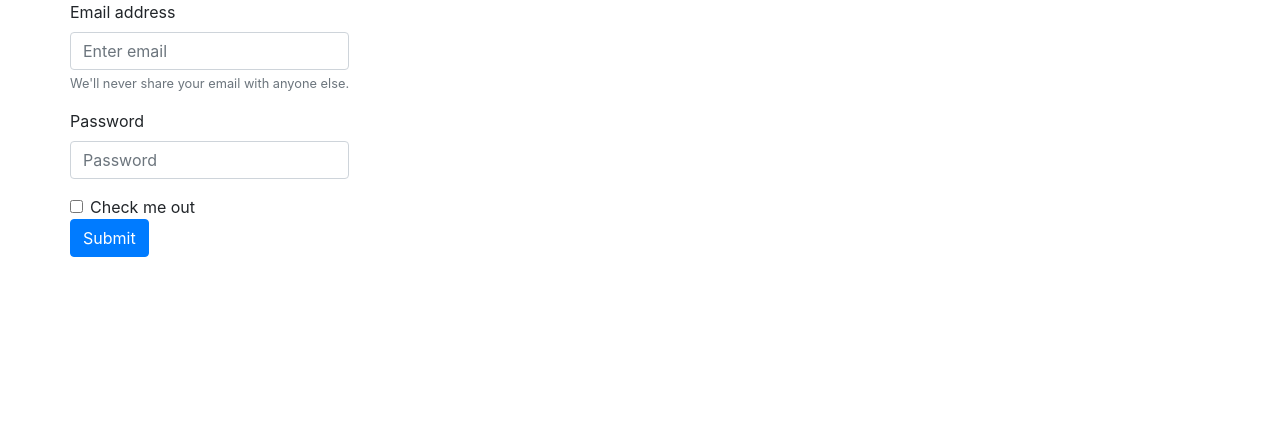
Repository: MacCampers/java-stuff
Page: http://localhost/ProjetResto/
An editor plug-in stored every save of this project. The page is shown before and after the next save, followed by the edit.
The browser window is 1280 px wide. The pictures show the whole page.
The page is served by Tomcat 9. Nobody is signed in. The application's start-up code is not run.

Above is the page before, as saved 2020-02-14 13:58:15.

After the next save:
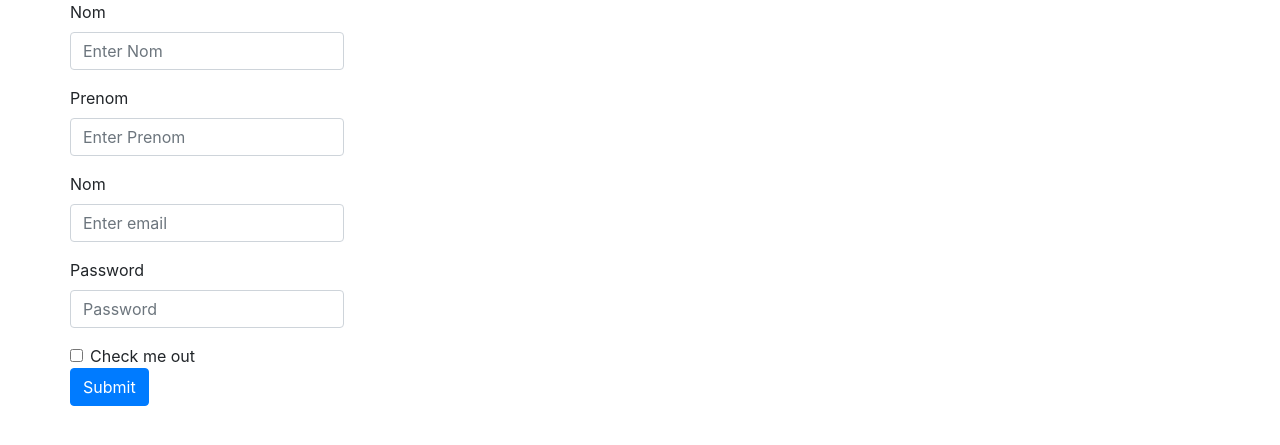
Saved 97 s later.
--- a/workspaceJSP/ProjetResto/src/main/webapp/index.jsp
+++ b/workspaceJSP/ProjetResto/src/main/webapp/index.jsp
@@ -18,11 +18,19 @@
 		<div class="row">
 			<form>
 				<div class="form-group">
-					<label for="exampleInputEmail1">Email address</label> <input
-						type="email" class="form-control" id="exampleInputEmail1"
-						aria-describedby="emailHelp" placeholder="Enter email"> <small
-						id="emailHelp" class="form-text text-muted">We'll never
-						share your email with anyone else.</small>
+					<label for="exampleInputname">Nom</label> <input
+						type="text" class="form-control" id="exampleInputname"
+						aria-describedby="emailHelp" placeholder="Enter Nom">
+				</div>
+				<div class="form-group">
+					<label for="exampleInputPrenom">Prenom</label> <input
+						type="text" class="form-control" id="exampleInputPrenom"
+						aria-describedby="emailHelp" placeholder="Enter Prenom">
+				</div>
+				<div class="form-group">
+					<label for="exampleInputname">Nom</label> <input
+						type="text" class="form-control" id="exampleInputname"
+						aria-describedby="emailHelp" placeholder="Enter email">
 				</div>
 				<div class="form-group">
 					<label for="exampleInputPassword1">Password</label> <input
